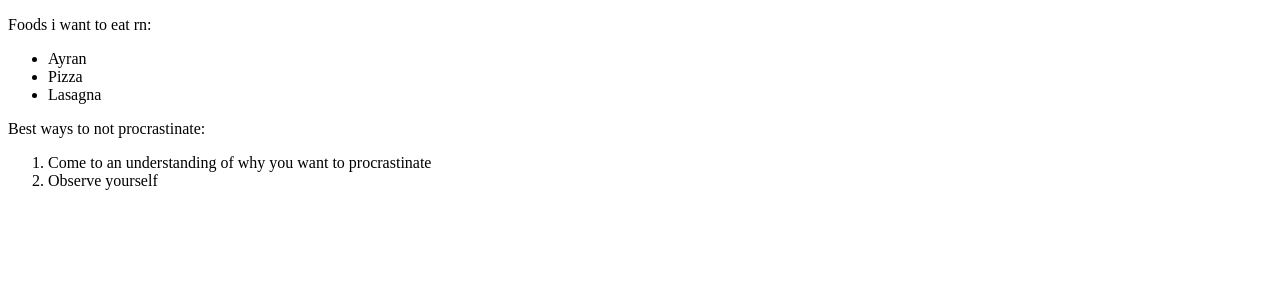
Repository: SkeleDrook/odin
Page: lists.html
These files come from the project's save history. The page is drawn as it stood at one moment and after the next save; the edit follows.
The browser window is 1280 px wide. The pictures show the whole page.

Above is the page before, as saved 2023-01-02 23:39:15.

### lists.html
<!DOCTYPE html>
<html lang="en">

<head>
	<meta charset="UTF-8">
	<title>Testing out the lists again</title>
</head>

<body>
	<p>Foods i want to eat rn:</p>
	<ul>
		<li>Ayran</li>
		<li>Pizza</li>
		<li>Lasagna</li>
	</ul>
	<p>Best ways to not procrastinate:</p>
	<ol>
		<li>Come to an understanding of why you want to procrastinate</li>
		<li>Observe yourself</li>
	</ol>
</body>

</html>

After the next save:
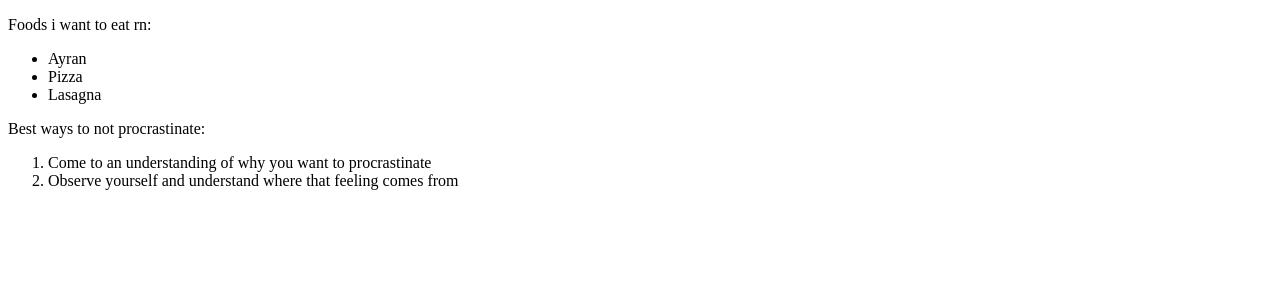
Saved 9 s later.
--- a/lists.html
+++ b/lists.html
@@ -16,7 +16,7 @@
 	<p>Best ways to not procrastinate:</p>
 	<ol>
 		<li>Come to an understanding of why you want to procrastinate</li>
-		<li>Observe yourself</li>
+		<li>Observe yourself and understand where that feeling comes from</li>
 	</ol>
 </body>
 
